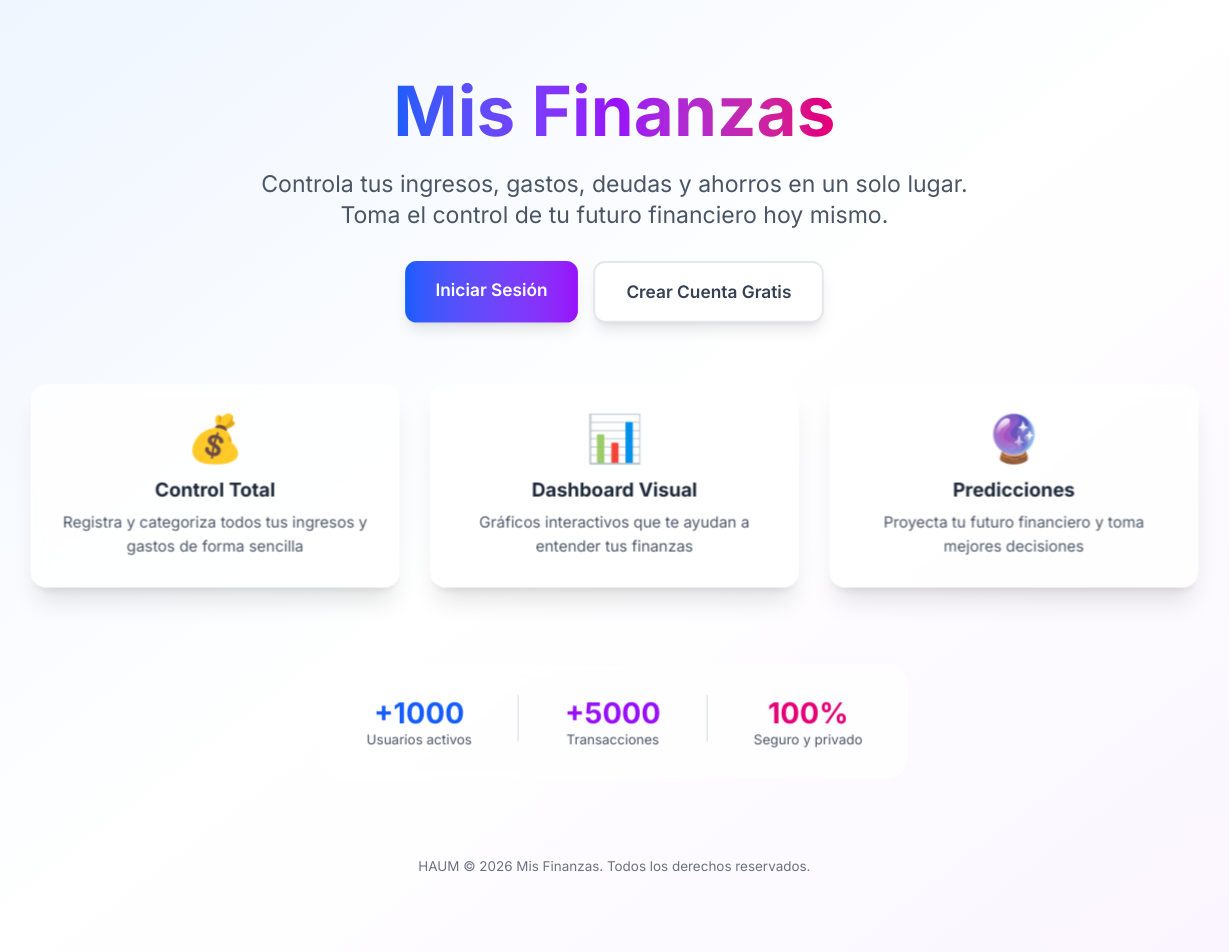
Repository: AlejandroUrrego01291/price-finanzas
Page: /
These files come from the project's save history. The page is drawn as it stood at one moment and after the next save; the edit follows.
The browser window is 1280 px wide. The pictures show the whole page, at 96% of full size.
The project was rebuilt for these pictures with package versions that can differ from the ones it lists, and the page was loaded fresh each time. The framework's server and built-in components were replaced by stand-ins that run in the browser. Also part of the build but not shown: next.config.ts.

Above is the page before, as saved 2026-03-21 12:58:29.

### src/app/layout.tsx
import type { Metadata } from 'next'
import { Inter } from 'next/font/google'
import './globals.css'
import { Providers } from './providers'

const inter = Inter({ subsets: ['latin'] })

export const metadata: Metadata = {
  title: 'Mis Finanzas',
  description: 'Administra tus finanzas personales',
  icons: {
    icon: 'data:[embedded picture, 125 characters]',
  },
}

export default function RootLayout({
  children,
}: {
  children: React.ReactNode
}) {
  return (
    <html lang="es">
      <body className={inter.className}>
        <Providers>{children}</Providers>
      </body>
    </html>
  )
}

### src/app/page.tsx
import Link from 'next/link'

export default function Home() {
  return (
    <div className="min-h-screen bg-gradient-to-br from-blue-50 via-white to-purple-50">
      {/* Hero Section */}
      <div className="max-w-7xl mx-auto px-4 sm:px-6 lg:px-8 py-12 md:py-20">
        <div className="text-center">
          {/* Logo o título principal */}
          <h1 className="text-5xl md:text-7xl font-bold mb-6">
            <span className="bg-gradient-to-r from-blue-600 via-purple-600 to-pink-600 bg-clip-text text-transparent">
              Mis Finanzas
            </span>
          </h1>

          <p className="text-xl md:text-2xl text-gray-600 mb-8 max-w-3xl mx-auto">
            Controla tus ingresos, gastos, deudas y ahorros en un solo lugar.
            Toma el control de tu futuro financiero hoy mismo.
          </p>

          {/* Botones de acción principales */}
          <div className="flex flex-col sm:flex-row gap-4 justify-center mb-16">
            <Link
              href="/login"
              className="px-8 py-4 bg-gradient-to-r from-blue-600 to-purple-600 text-white rounded-xl hover:from-blue-700 hover:to-purple-700 transition-all transform hover:scale-105 shadow-lg text-lg font-semibold"
            >
              Iniciar Sesión
            </Link>
            <Link
              href="/register"
              className="px-8 py-4 bg-white text-gray-700 rounded-xl hover:bg-gray-50 transition-all transform hover:scale-105 shadow-lg border-2 border-gray-200 text-lg font-semibold"
            >
              Crear Cuenta Gratis
            </Link>
          </div>

          {/* Características */}
          <div className="grid md:grid-cols-3 gap-6 md:gap-8 mt-16">
            <div className="bg-white/80 backdrop-blur-sm p-6 md:p-8 rounded-2xl shadow-xl hover:shadow-2xl transition-all transform hover:scale-105">
              <div className="text-4xl md:text-5xl mb-4">💰</div>
              <h3 className="text-xl font-bold text-gray-800 mb-2">Control Total</h3>
              <p className="text-gray-600 text-sm md:text-base">
                Registra y categoriza todos tus ingresos y gastos de forma sencilla
              </p>
            </div>

            <div className="bg-white/80 backdrop-blur-sm p-6 md:p-8 rounded-2xl shadow-xl hover:shadow-2xl transition-all transform hover:scale-105">
              <div className="text-4xl md:text-5xl mb-4">📊</div>
              <h3 className="text-xl font-bold text-gray-800 mb-2">Dashboard Visual</h3>
              <p className="text-gray-600 text-sm md:text-base">
                Gráficos interactivos que te ayudan a entender tus finanzas
              </p>
            </div>

            <div className="bg-white/80 backdrop-blur-sm p-6 md:p-8 rounded-2xl shadow-xl hover:shadow-2xl transition-all transform hover:scale-105">
              <div className="text-4xl md:text-5xl mb-4">🔮</div>
              <h3 className="text-xl font-bold text-gray-800 mb-2">Predicciones</h3>
              <p className="text-gray-600 text-sm md:text-base">
                Proyecta tu futuro financiero y toma mejores decisiones
              </p>
            </div>
          </div>

          {/* Stats o información adicional */}
          <div className="mt-16 md:mt-20">
            <div className="inline-flex flex-wrap justify-center gap-4 md:gap-8 p-6 md:p-8 bg-white/50 backdrop-blur-sm rounded-3xl">
              <div className="text-center px-4">
                <div className="text-2xl md:text-3xl font-bold text-blue-600">+1000</div>
                <div className="text-xs md:text-sm text-gray-600">Usuarios activos</div>
              </div>
              <div className="w-px h-12 bg-gray-300 hidden md:block"></div>
              <div className="text-center px-4">
                <div className="text-2xl md:text-3xl font-bold text-purple-600">+5000</div>
                <div className="text-xs md:text-sm text-gray-600">Transacciones</div>
              </div>
              <div className="w-px h-12 bg-gray-300 hidden md:block"></div>
              <div className="text-center px-4">
                <div className="text-2xl md:text-3xl font-bold text-pink-600">100%</div>
                <div className="text-xs md:text-sm text-gray-600">Seguro y privado</div>
              </div>
            </div>
          </div>

          {/* Footer simple */}
          <div className="mt-16 md:mt-20 text-xs md:text-sm text-gray-500">
            HAUM © 2026 Mis Finanzas. Todos los derechos reservados.
          </div>
        </div>
      </div>
    </div>
  )
}

### src/app/globals.css
@import "tailwindcss";

@theme {
  /* Aquí puedes definir tus variables de tema si las necesitas */
}

/* Clases personalizadas usando @utility en lugar de @apply */
@utility text-title {
  color: #111827;
  /* text-gray-900 */
  font-weight: 700;
}

@utility text-subtitle {
  color: #1F2937;
  /* text-gray-800 */
  font-weight: 600;
}

@utility text-body {
  color: #374151;
  /* text-gray-700 */
}

@utility text-muted {
  color: #4B5563;
  /* text-gray-600 */
}

/* Estilos base */
:root {
  --foreground-rgb: 0, 0, 0;
  --background-rgb: 249, 250, 251;
}

body {
  color: #111827;
  background: rgb(var(--background-rgb));
}

### src/app/providers.tsx
'use client'

import { SessionProvider } from 'next-auth/react'

export function Providers({ children }: { children: React.ReactNode }) {
    return <SessionProvider>{children}</SessionProvider>
}

After the next save:
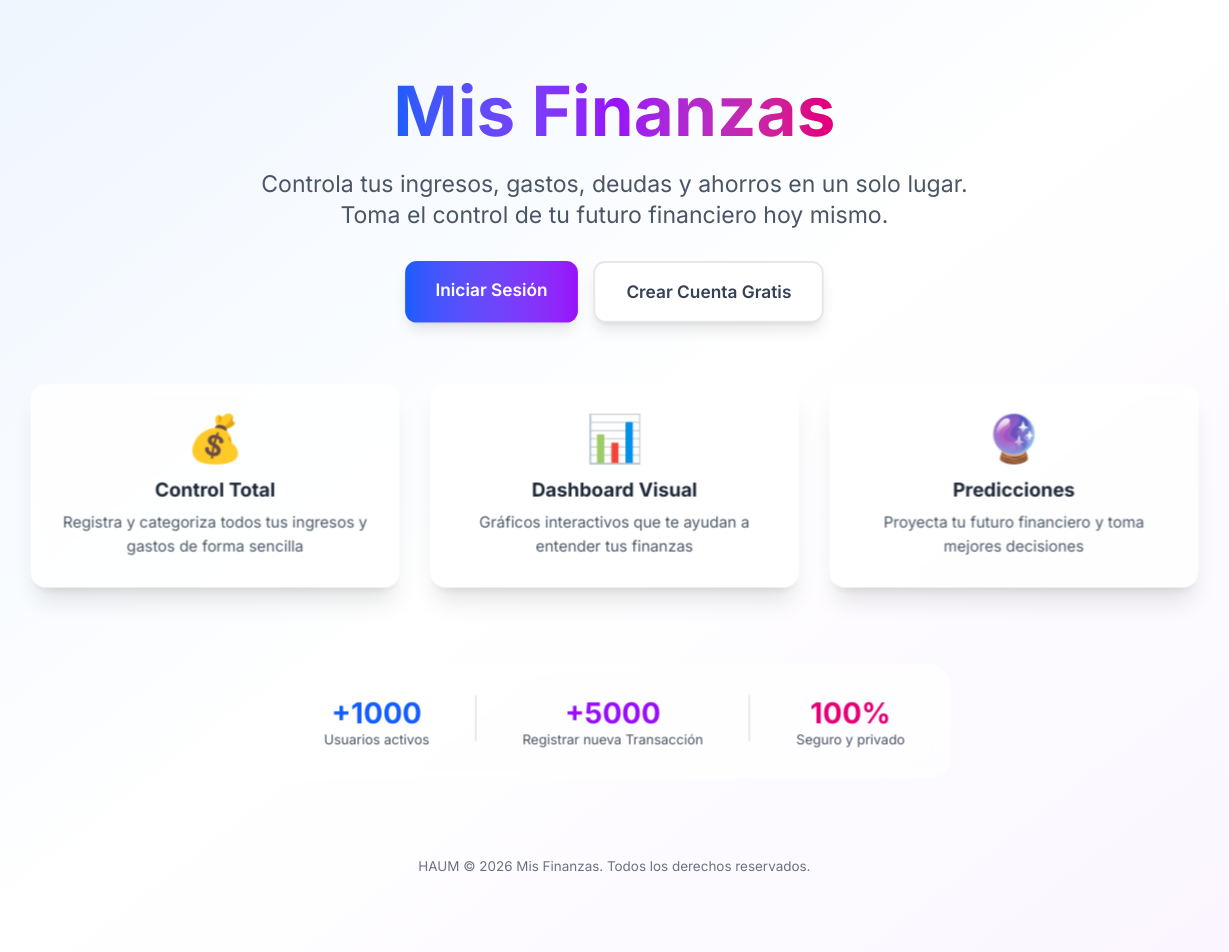
Saved 13 min 56 s later.
--- a/src/app/page.tsx
+++ b/src/app/page.tsx
@@ -71,7 +71,7 @@ export default function Home() {
               <div className="w-px h-12 bg-gray-300 hidden md:block"></div>
               <div className="text-center px-4">
                 <div className="text-2xl md:text-3xl font-bold text-purple-600">+5000</div>
-                <div className="text-xs md:text-sm text-gray-600">Transacciones</div>
+                <div className="text-xs md:text-sm text-gray-600">Registrar nueva Transacción</div>
               </div>
               <div className="w-px h-12 bg-gray-300 hidden md:block"></div>
               <div className="text-center px-4">
